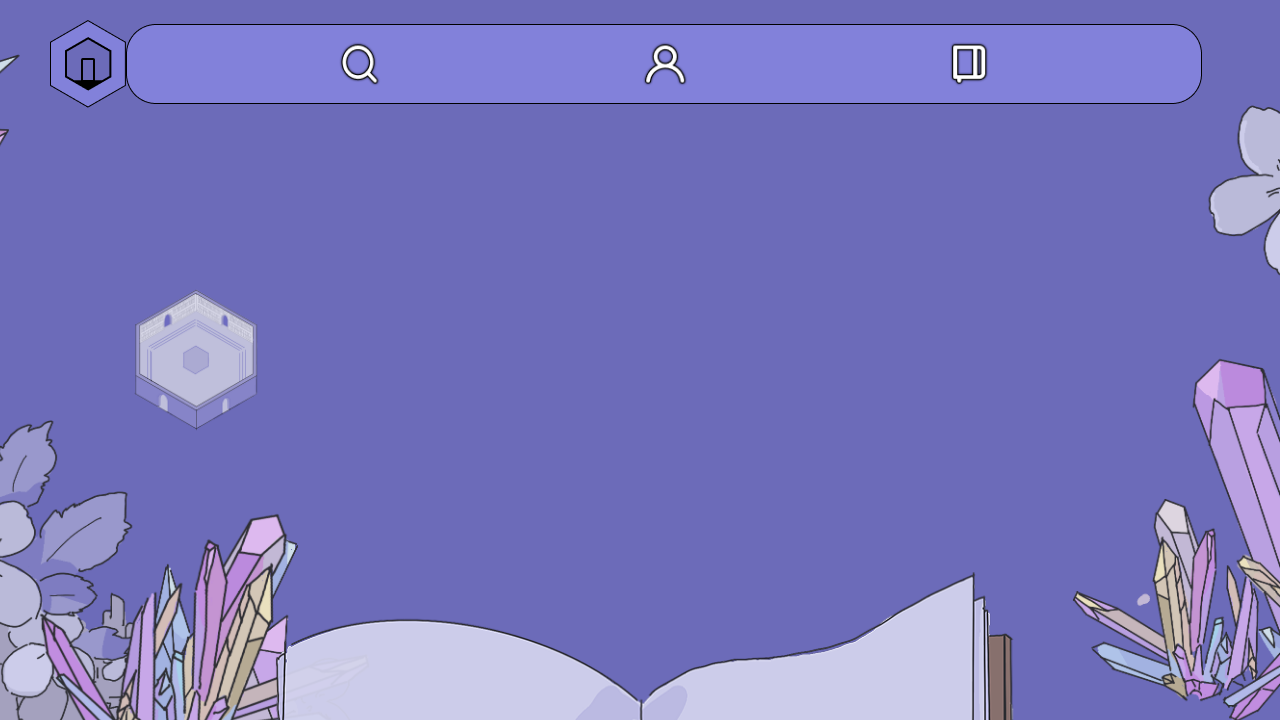
Repository: carolmmc/BabelLibrary
Page: find.html
An editor plug-in stored every save of this project. The page is shown before and after the next save, followed by the edit.
The browser window is 1280 px wide. The pictures show the whole page.

Above is the page before, as saved 2025-05-07 17:16:16.

### find.html
<!DOCTYPE html>
<html lang="zh-CN">
<head>
    <meta charset="UTF-8">
    <meta name="viewport" content="width=device-width, initial-scale=1.0">
    <style>
        * {
            margin: 0;
            padding: 0;
            box-sizing: border-box;
        }

        body {
            background: #6C6BB9;
            min-height: 100vh;
            font-family: 'PingFang SC', 'Microsoft YaHei', sans-serif;
        }

        .header {
            display: flex;
            justify-content: space-between;
            align-items: center;
            padding: 20px 50px;
            position: fixed;
            top: 0;
            left: 0;
            right: 0;
            z-index: 100;
        }

        .logo {
            width: 75.892px;
            height: 87.633px;
            flex-shrink: 0;
            object-fit: contain; /* 保持图片比例 */
        }

        /* 导航栏容器 */
        .nav-container {
            position: relative;
            width: 1076px;
            height: 80px;
        }

        /* 导航图标容器 */
        .nav-icons {
            position: absolute;
            top: 50%;
            left: 50%;
            transform: translate(-50%, -50%);
            display: flex;
            justify-content: space-between; /* 改用 space-between 实现均匀分布 */
            width: 60%; /* 控制图标分布的整体宽度范围 */
            z-index: 2;
        }

        /* 导航图标通用样式 */
        .nav-icon {
            flex-shrink: 0;
            cursor: pointer;
            filter: drop-shadow(0px 0px 1px #000);
            transition: transform 0.3s ease; /* 将过渡效果移到这里 */
        }

        /* 搜索图标 */
        .find-icon {
            width: 37px;
            height: 39px;
        }

        /* 我的图标 */
        .mine-icon {
            width: 40px;
            height: 39px;
        }

        /* 书架图标 */
        .shelf-icon {
            width: 34px;
            height: 39px;
        }

        /* 图标悬停效果 */
        .nav-icon:hover {
            transform: scale(1.1);
        }

        .content-center {
            position: absolute;
            top: 50%;
            left: 50%;
            transform: translate(-50%, -50%);
            text-align: center;
            width: 100%;
        }

        .find-image-container {
            display: flex;
            width: 392px;
            height: 448px;
            flex-direction: column;
            justify-content: center;
            align-items: center;
            flex-shrink: 0;
            aspect-ratio: 7/8;
        }

        .find-main-image {
            width: 100%;
            height: 100%;
            object-fit: contain;
        }

        /* 底部装饰图样式 */
        .bottom-decoration {
            position: fixed;
            bottom: 0;
            left: 50%;
            transform: translateX(-50%);  /* 居中定位 */
            width: 1526px;  /* 使用原始宽度 */
            height: 859px;  /* 使用原始高度 */
            background: url('homepage frame1.png') bottom center no-repeat;
            background-size: contain;  /* 确保图片完整显示 */
            z-index: 1;
            animation: breath-animation 4s ease-in-out infinite;
        }

        /* 添加第二个装饰图样式 */
        .decoration-frame2 {
            position: fixed;
            bottom: 0;
            left: 50%;
            transform: translateX(-50%);
            width: 775px;
            height: 155px;
            flex-shrink: 0;
            aspect-ratio: 5/1;
            background: url('homepageframe2.png') center no-repeat;
            background-size: contain;
            z-index: 2; /* 确保显示在第一个装饰图之上 */
            animation: breath-animation 4s ease-in-out infinite;
        }

        /* 修改呼吸动画 */
        @keyframes breath-animation {
            0%, 100% {
                opacity: 0.9;
                transform: translateX(-50%) scale(1);  /* 保持居中的同时缩放 */
            }
            50% {
                opacity: 1;
                transform: translateX(-50%) scale(1.02);
            }
        }
    </style>
</head>
<body>
    <header class="header">
        <img src="logo.png" alt="巴别插画 Logo" class="logo">
        <div class="nav-container">
            <img src="navigate background.png" alt="导航栏" class="nav-background">
            <div class="nav-icons">
                <img src="find.png" alt="搜索" class="nav-icon find-icon">
                <img src="mine.png" alt="我的" class="nav-icon mine-icon">
                <img src="shelf.png" alt="书架" class="nav-icon shelf-icon">
            </div>
        </div>
        <div style="width: 150px;"></div>
    </header>

    <div class="content-center">
        <div class="find-image-container">
            <img src="find1.png" alt="查找" class="find-main-image">
        </div>
    </div>
    <div class="bottom-decoration"></div>
    <div class="decoration-frame2"></div>
</body>
</html>

After the next save:
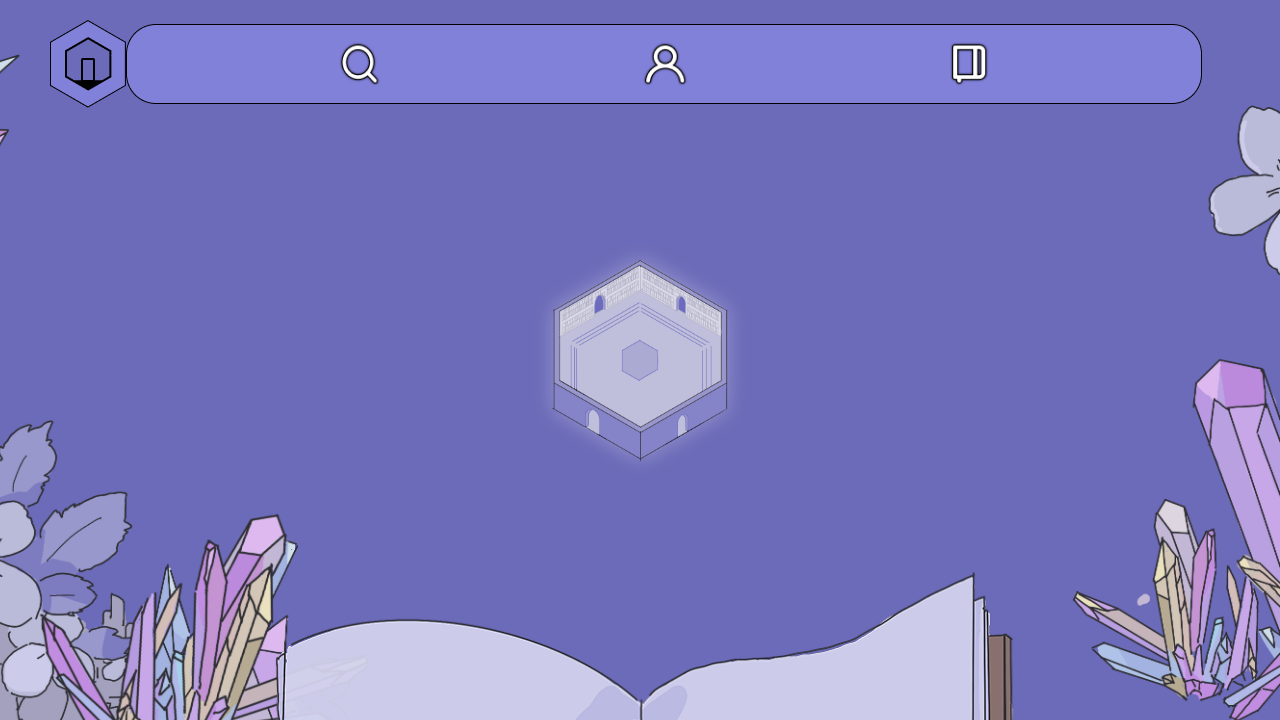
Saved 4 min 27 s later.
--- a/find.html
+++ b/find.html
@@ -92,23 +92,29 @@
             transform: translate(-50%, -50%);
             text-align: center;
             width: 100%;
+            display: flex;
+            justify-content: center;
+            align-items: center;
+            height: 100vh;
         }
 
         .find-image-container {
             display: flex;
-            width: 392px;
-            height: 448px;
+            width: 600px;  /* 增加宽度 */
+            height: 600px; /* 增加高度，保持近似正方形 */
             flex-direction: column;
             justify-content: center;
             align-items: center;
             flex-shrink: 0;
-            aspect-ratio: 7/8;
+            aspect-ratio: 1/1;  /* 修改为正方形比例 */
+            padding: 20px;  /* 添加内边距 */
         }
 
         .find-main-image {
             width: 100%;
             height: 100%;
             object-fit: contain;
+            filter: drop-shadow(0 0 10px rgba(255, 255, 255, 0.3));  /* 添加微光效果 */
         }
 
         /* 底部装饰图样式 */
